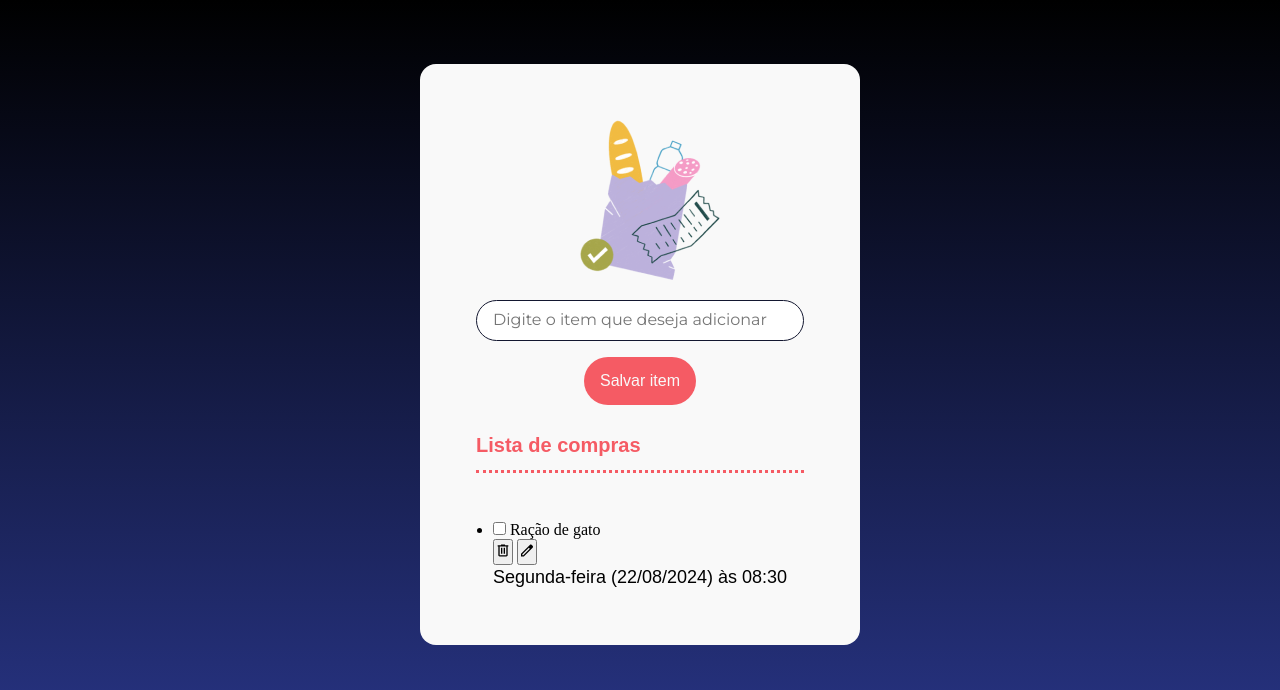
Repository: joaoPraiaJunior/compras_js
Page: index.html
These files come from the project's save history. The page is drawn as it stood at one moment and after the next save; the edit follows.
The browser window is 1280 px wide. The pictures show the whole page.
Some web fonts or font styles are not loaded; a fallback is used.

Above is the page before, as saved 2024-08-22 21:09:57.

After the next save:
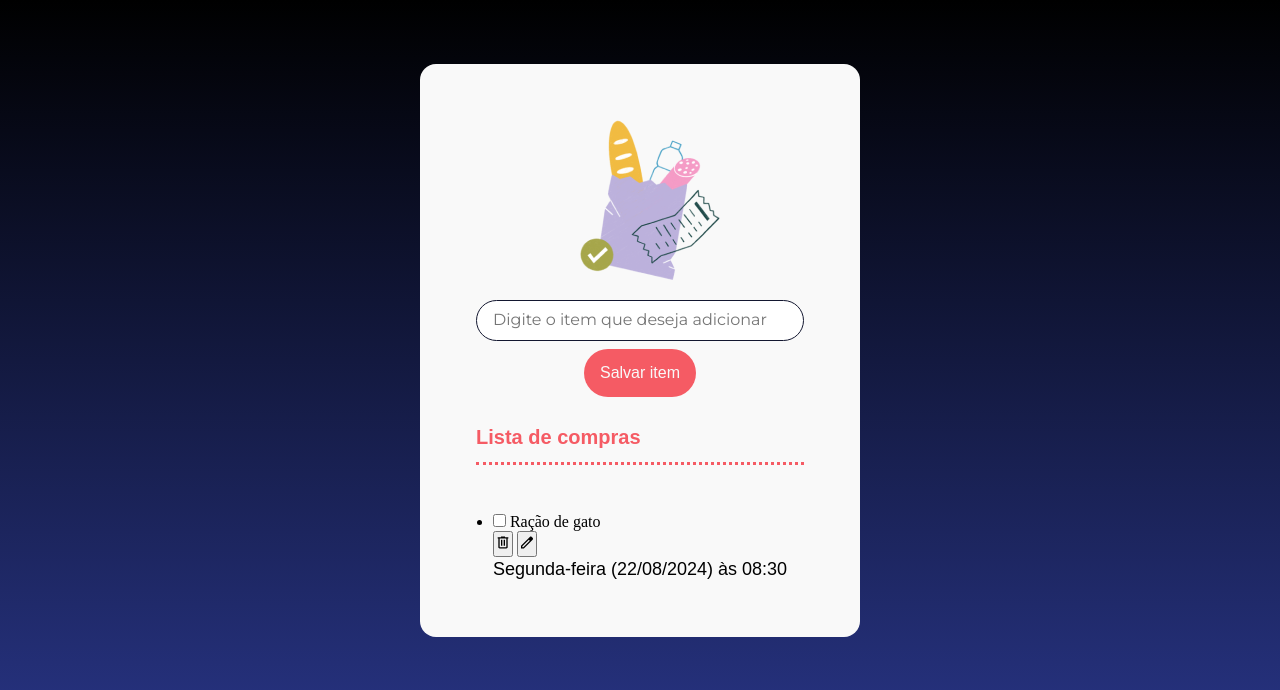
Saved 69 s later.
--- a/css/styles.css
+++ b/css/styles.css
@@ -80,7 +80,7 @@ p {
 .busca {
     display: flex;
     flex-direction: column;
-    gap: 1.6rem;
+    gap: .8rem;
     width: 100%;
 }
 
